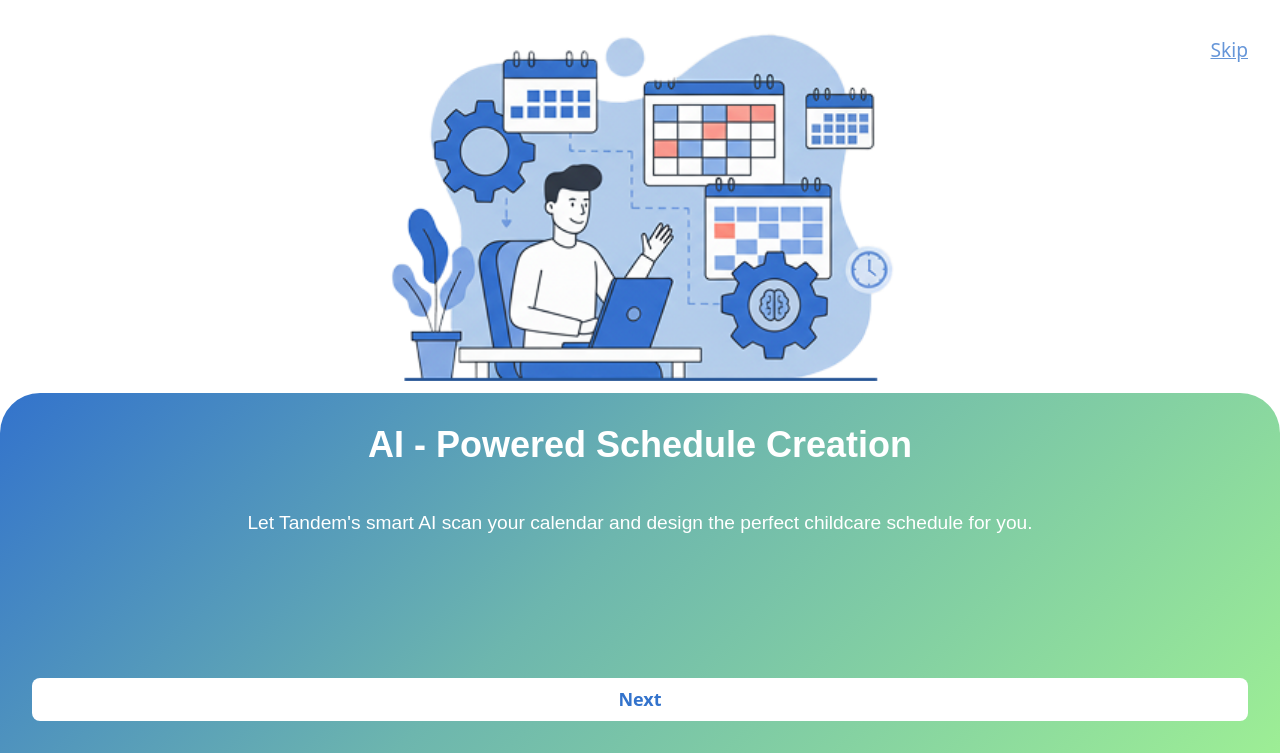
Repository: IDSP-TRADECARE/Tandem
Page: /boarding/features
These files come from the project's save history. The page is drawn as it stood at one moment and after a run of saves; the edit follows.
The browser window is 1280 px wide. The pictures show the whole page.
The page's requests for data from a server got no answer. Some web fonts or font styles are not loaded; a fallback is used. The project was rebuilt for these pictures with package versions that can differ from the ones it lists, and the page was loaded fresh each time. Some packages were replaced by stand-ins written for this rebuild. The framework's server and built-in components were replaced by stand-ins that run in the browser. No one was signed in, and anything a server would have sent is missing. Also part of the build but not shown: next.config.ts, src/app/components/auth/AuthGuard.tsx.

Above is the page before, as saved 2025-11-23 00:45:54.

### src/app/layout.tsx
/* eslint-disable @next/next/no-page-custom-font */
import { ClerkProvider } from '@clerk/nextjs'
import { SocketProvider } from '@/lib/socket/SocketContext'
import './globals.css'
import type { Metadata } from "next";
import { AuthWrapper } from './components/auth/AuthWrapper';


export const metadata: Metadata = {
  title: "Tandem",
  description: "Share childcare with your community",
  icons: {
    icon: 'brand/logoColor.svg',
  },
};

export default function RootLayout({
  children,
}: Readonly<{
  children: React.ReactNode;
}>) {
  return (
    <ClerkProvider>
      <html lang="en">
        <head>
          {/* Omnes Pro from Adobe Fonts */}
          <link rel="stylesheet" href="https://use.typekit.net/pku8yek.css" />

          {/* Alan Sans from Google Fonts */}
          <link rel="preconnect" href="https://fonts.googleapis.com" />
          <link rel="preconnect" href="https://fonts.gstatic.com" crossOrigin="anonymous" />
          <link href="https://fonts.googleapis.com/css2?family=Alan+Sans:wght@300..900&display=swap" rel="stylesheet" />
        </head>
        <body className="antialiased">
          <SocketProvider>
            <AuthWrapper>
              {children}
            </AuthWrapper>
          </SocketProvider>
        </body>
      </html>
    </ClerkProvider>
  )
}

### src/app/boarding/features/page.tsx
"use client";
import { useState } from "react";
import { useRouter } from "next/navigation";
import styles from "./features.module.css";

const features = [
    {
        id: 1,
        title: "AI - Powered Schedule Creation",
        description:
            "Let Tandem's smart AI scan your calendar and design the perfect childcare schedule for you.",
        imgSrc: "/boarding/Graphic-ai-powered-feature1.png",
    },
    {
        id: 2,
        title: "Seamless Nanny Booking",
        description:
            "Effortlessly discover and book reliable nannies tailored to your family's needs.",
        imgSrc: "/boarding/Seamless-nanny-booking-feature2.png",
    },
    {
        id: 3,
        title: "Intelligent Nanny Sharing",
        description:
            "Team up with nearby families to share trusted nannies, cutting costs while building lasting connections.",
        imgSrc: "/boarding/Intelligent-nanny-sharing-feature3.png",
    },
];

export default function FeaturesPage() {
    const [currentIndex, setCurrentIndex] = useState(0);
    const router = useRouter();

    const handleNext = () => {
        if (currentIndex < features.length - 1) {
            setCurrentIndex(currentIndex + 1);
        } else {
            router.push("./sign-up");
        }
    };

    const handleSkip = () => {
        router.push("./sign-up");
    };

    const handlePrevious = () => {
        if (currentIndex > 0) {
            setCurrentIndex(currentIndex - 1);
        }
    };

    const currentFeature = features[currentIndex];
    const showPrevious = currentIndex > 0;

    return (
        <div className={styles.container}>
            <button
                className={styles.skipButton}
                onClick={handleSkip}
            >
                Skip
            </button>

            <div className={styles.imageSection}>
                <div className={styles.imageContainer}>
                    <img
                        src={currentFeature.imgSrc}
                        alt={`Feature ${currentFeature.id}`}
                    />
                </div>
                <div className={styles.progressDots}>
                    {features.map((_, index) => (
                        <div
                            key={index}
                            className={`${styles.dot} ${
                                index === currentIndex ? styles.active : ""
                            }`}
                        />
                    ))}
                </div>
            </div>

            <div className={styles.contentButtons}>
                <div className={styles.content}>
                    <h1 className={styles.title}>{currentFeature.title}</h1>
                    <p className={styles.description}>
                        {currentFeature.description}
                    </p>
                </div>
                <div className={styles.navigationButtons}>
                    {showPrevious && (
                        <button
                            className={styles.previousButton}
                            onClick={handlePrevious}
                        >
                            Previous
                        </button>
                    )}
                    <button
                        className={styles.nextButton}
                        onClick={handleNext}
                    >
                        Next
                    </button>
                </div>
            </div>
        </div>
    );
}

### src/lib/socket/SocketContext.tsx
'use client';

import { createContext, useContext, useEffect, useState } from 'react';
import { io, Socket } from 'socket.io-client';
import { ClientToServerEvents, ServerToClientEvents } from './types';

type TypedSocket = Socket<ServerToClientEvents, ClientToServerEvents>;

interface SocketContextType {
  socket: TypedSocket | null;
  isConnected: boolean;
}

const SocketContext = createContext<SocketContextType>({
  socket: null,
  isConnected: false,
});

export function SocketProvider({ children }: { children: React.ReactNode }) {
  const [socket, setSocket] = useState<TypedSocket | null>(null);
  const [isConnected, setIsConnected] = useState(false);

  useEffect(() => {
    const socketUrl = process.env.NEXT_PUBLIC_SOCKET_URL || 'http://localhost:3001';

    console.log('Connecting to Socket.IO server:', socketUrl);

    const socketInstance: TypedSocket = io(socketUrl, {
      transports: ['websocket', 'polling'],
    });

    socketInstance.on('connect', () => {
      console.log('✅ Socket connected:', socketInstance.id);
      setIsConnected(true);
    });

    socketInstance.on('disconnect', () => {
      console.log('❌ Socket disconnected');
      setIsConnected(false);
    });

    socketInstance.on('connect_error', (error) => {
      console.error('Socket connection error:', error);
      setIsConnected(false);
    });

    setSocket(socketInstance);

    return () => {
      socketInstance.disconnect();
    };
  }, []);

  return (
    <SocketContext.Provider value={{ socket, isConnected }}>
      {children}
    </SocketContext.Provider>
  );
}

export const useSocket = () => useContext(SocketContext);

### src/app/globals.css
@import "tailwindcss";

@theme {
  /* Font families */
  --font-family-alan: "Alan Sans", sans-serif;
  --font-family-omnes: "omnes-pro", sans-serif;

  /* Primary Colors */
  --color-primary: #3373cc;
  --color-primary-lighter: #a3c0e8;
  --color-primary-light: #91b3e3;
  --color-primary-light-hover: #91b3e3;
  --color-primary-light-active: #7aa4de;
  --color-primary-hover: #2b62ad;
  --color-primary-active: #255495;
  --color-primary-dark: #122847;
  --color-primary-dark-hover: #0d1d33;
  --color-primary-dark-active: #060d16;

  /* Secondary Colors */
  --color-secondary: #92f189;
  --color-secondary-lighter: #cef9ca;
  --color-secondary-light: #c4f7bf;
  --color-secondary-light-hover: #c4f7bf;
  --color-secondary-light-active: #b8f6b2;
  --color-secondary-hover: #7ccd74;
  --color-secondary-active: #6bb064;
  --color-secondary-dark: #335430;
  --color-secondary-dark-hover: #253c22;
  --color-secondary-dark-active: #101b0f;

  /* Analogous Colors */
  --color-analogous: #68d5ff;
  --color-analogous-lighter: #bbecff;
  --color-analogous-light: #ade8ff;
  --color-analogous-light-hover: #ade8ff;
  --color-analogous-light-active: #9de4ff;
  --color-analogous-hover: #58b5d9;
  --color-analogous-active: #4c9bba;
  --color-analogous-dark: #244b59;
  --color-analogous-dark-hover: #1a3540;
  --color-analogous-dark-active: #0b171c;

  /* Success */
  --color-success: #95b548;

  /* Warning */
  --color-warning: #d78f26;

  /* Error */
  --color-error: #c43535;

  /* Neutral Colors */
  --color-neutral-50: #e6e6e8;
  --color-neutral-100: #b0b0b8;
  --color-neutral-200: #8a8a96;
  --color-neutral-300: #545466;
  --color-neutral-400: #333349;
  --color-neutral-500: #00001b;
  --color-neutral-600: #000019;
  --color-neutral-700: #000013;
  --color-neutral-800: #00000f;
  --color-neutral-900: #00000b;
}

@layer base {
  :root {
    /* Semantic mappings for shadcn */
    --background: 0 0% 100%;
    --foreground: var(--color-neutral-500);
    --card: 0 0% 100%;
    --card-foreground: var(--color-neutral-500);
    --popover: 0 0% 100%;
    --popover-foreground: var(--color-neutral-500);
    --primary-foreground: 0 0% 98%;
    --secondary-foreground: var(--color-neutral-500);
    --muted: var(--color-neutral-50);
    --muted-foreground: var(--color-neutral-300);
    --accent: var(--color-analogous-light);
    --accent-foreground: var(--color-neutral-500);
    --destructive: var(--color-error);
    --destructive-foreground: 0 0% 98%;
    --border: var(--color-neutral-100);
    --input: var(--color-neutral-100);
    --ring: var(--color-primary);
    --radius: 0.5rem;
    --gradient-primary: linear-gradient(135deg, #3373CC 0%, #6DB6AE 46%, #9DEE95 100%);
  }

  .dark {
    --background: var(--color-neutral-500);
    --foreground: 0 0% 98%;
    --card: var(--color-neutral-400);
    --card-foreground: 0 0% 98%;
    --popover: var(--color-neutral-400);
    --popover-foreground: 0 0% 98%;
    --primary-foreground: var(--color-neutral-500);
    --secondary-foreground: 0 0% 98%;
    --muted: var(--color-neutral-300);
    --muted-foreground: var(--color-neutral-100);
    --accent: var(--color-analogous-dark);
    --accent-foreground: 0 0% 98%;
    --destructive-foreground: 0 0% 98%;
    --border: var(--color-neutral-300);
    --input: var(--color-neutral-300);
    --ring: var(--color-primary-light);
    --gradient-primary: linear-gradient(135deg, #3373CC 0%, #6DB6AE 46%, #9DEE95 100%);
  }

  /* Font utilities */
  .font-alan {
    font-family: var(--font-family-alan);
    font-optical-sizing: auto;
  }

  .font-omnes {
    font-family: var(--font-family-omnes);
  }
}

/* FullCalendar Custom Styles */
.fullcalendar-container {
  font-family: inherit;
}

.fc {
  font-size: 14px;
}

.fc .fc-toolbar-title {
  font-size: 1.5rem;
  font-weight: 700;
  color: var(--color-primary);
}

.fc .fc-button {
  background-color: var(--color-primary);
  border-color: var(--color-primary);
  color: white;
  border-radius: 8px;
  padding: 6px 12px;
  font-weight: 600;
}

.fc .fc-button:hover {
  background-color: var(--color-primary-hover);
  border-color: var(--color-primary-hover);
}

.fc .fc-button-active {
  background-color: var(--color-primary-dark);
  border-color: var(--color-primary-dark);
}

.fc .fc-col-header-cell {
  background-color: var(--color-neutral-50);
  padding: 12px;
  font-weight: 600;
  color: var(--color-primary);
}

.fc .fc-daygrid-day-number {
  font-weight: 600;
  color: var(--color-primary);
  padding: 8px;
}

.fc .fc-daygrid-day.fc-day-today {
  background-color: var(--color-primary-lighter) !important;
}

.fc .fc-event {
  border-radius: 6px;
  padding: 4px 6px;
  font-size: 12px;
  font-weight: 600;
  cursor: pointer;
}

.fc .fc-timegrid-event {
  border-radius: 6px;
  padding: 4px;
}

.fc .fc-timegrid-slot {
  height: 3em;
}

.fc .fc-scrollgrid {
  border-color: var(--neutral-100) !important;
}

@layer utilities {
  .bg-gradient-primary {
    background: var(--gradient-primary);
  }
}

### src/app/components/auth/AuthWrapper.tsx
'use client';

import { usePathname } from 'next/navigation';
import { AuthGuard } from './AuthGuard';

export function AuthWrapper({ children }: { children: React.ReactNode }) {
  const pathname = usePathname();

  // Routes that don't require authentication
  const publicRoutes = ['/boarding/features', '/sign-in', '/sign-up'];
  const isPublicRoute = pathname === '/' || publicRoutes.some(route => pathname?.startsWith(route));

  if (isPublicRoute) {
    return <>{children}</>;
  }

  return <AuthGuard>{children}</AuthGuard>;
}

### src/app/boarding/features/features.module.css
.container {
    min-height: 100vh;
    display: flex;
    flex-direction: column;
    background: #fff;
}

.skipButton {
    position: absolute;
    top: 1.75rem;
    right: 1rem;
    background: none;
    border: none;
    color: var(--color-primary);
    font-size: 1.2rem;
    cursor: pointer;
    z-index: 10;
    padding: 0.5rem 1rem;
    text-decoration: underline;
    opacity: 0.75;
}

.imageSection {
    flex: 1;
    display: flex;
    flex-direction: column;
    align-items: center;
    justify-content: center;
    background: #fff;
    padding: 0.5rem 0;
    position: relative;
    overflow: hidden;
}

.imageContainer {
    flex: 1;
    display: flex;
    align-items: center;
    justify-content: center;
    width: 100%;
    padding: 0 1rem;
}

.imageContainer img {
    width: 100%;
    max-width: 500px;
    min-width: 350px;
    height: auto;
    object-fit: contain;
    transform: scale(1.2);
}

.progressDots {
    display: flex;
    gap: 0.5rem;
    justify-content: center;
    padding: 1rem 0;
}

.dot {
    width: 1.5rem;
    height: 0.375rem;
    border-radius: 0.25rem;
    background-color: var(--color-primary-lighter);
    transition: all 0.5s;
}

.dot.active {
    background: var(--color-primary);
    width: 3rem;
}

.contentButtons {
    background: var(--gradient-primary);
    border-top-left-radius: 2.5rem;
    border-top-right-radius: 2.5rem;
    padding: 2rem;
    height: 50vh;
    width: 100%;
    display: flex;
    flex-direction: column;
}

.content {
    display: flex;
    flex-direction: column;
    align-items: center;
    text-align: center;
}

.title {
    font-size: 2.25rem;
    font-family: var(--font-family-alan);
    font-weight: 900;
    line-height: 2.5rem;
    color: #fff;
    margin-bottom: 2.75rem;
}

.description {
    font-size: 1.2rem;
    font-family: var(--font-family-omnes);
    color: #fff;
    margin-bottom: 0;
}

.navigationButtons {
    display: flex;
    gap: 1rem;
    width: 100%;
    margin-top: auto;
}

.previousButton {
    flex: 1;
    padding: 0.5rem;
    background: rgba(255, 255, 255, 0.2);
    color: #fff;
    border: 1px solid #fff;
    border-radius: 0.5rem;
    font-size: 1.125rem;
    font-weight: bold;
    cursor: pointer;
    transition: all 0.3s;
}

.previousButton:hover {
    background: rgba(255, 255, 255, 0.3);
}

.previousButton:active {
    opacity: 0.8;
}

.nextButton {
    flex: 1;
    padding: 0.5rem;
    background: #fff;
    color: var(--color-primary);
    border: none;
    border-radius: 0.5rem;
    font-size: 1.125rem;
    font-weight: bold;
    cursor: pointer;
    transition: opacity 0.3s;
}

.nextButton:hover {
    opacity: 0.9;
}

.nextButton:active {
    opacity: 0.8;
}

After the next 2 saves:
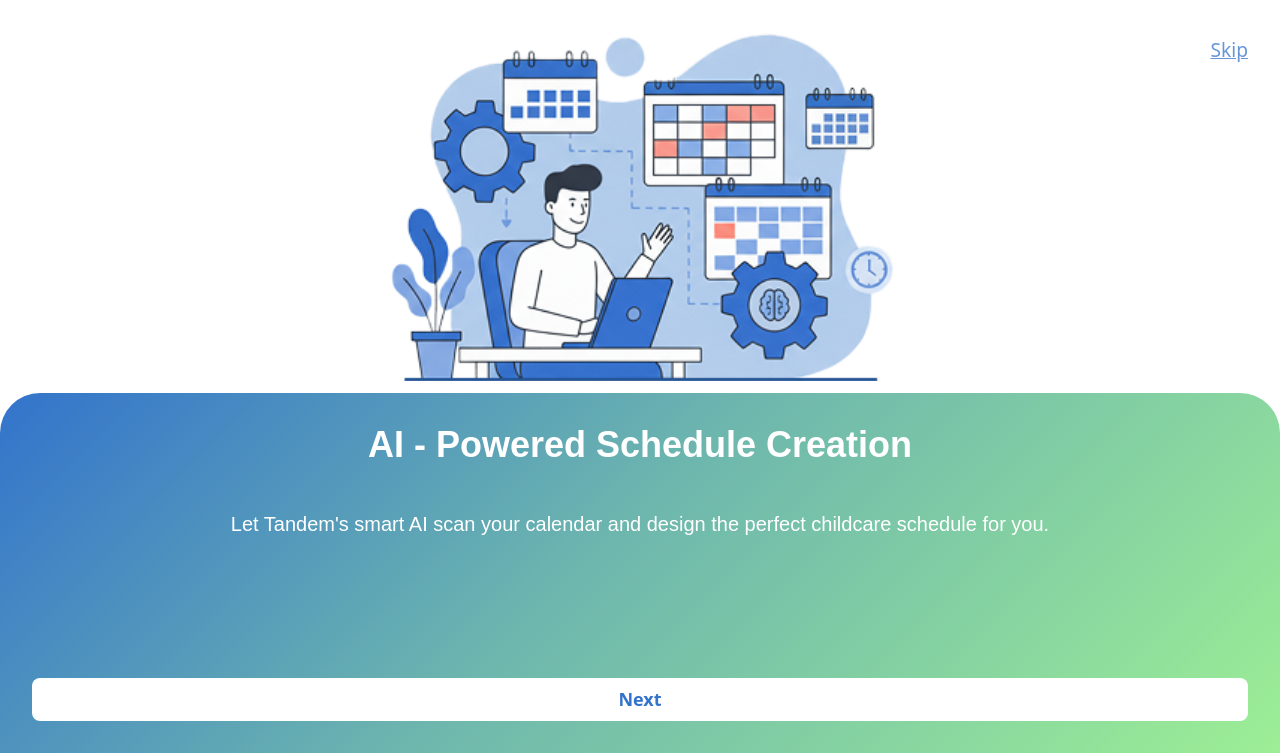
The 2 saves are shown as one change because they came seconds apart.
The last was saved 13 s later.
--- a/src/app/boarding/features/features.module.css
+++ b/src/app/boarding/features/features.module.css
@@ -98,7 +98,7 @@
 }
 
 .description {
-    font-size: 1.2rem;
+    font-size: 1.25rem;
     font-family: var(--font-family-omnes);
     color: #fff;
     margin-bottom: 0;
